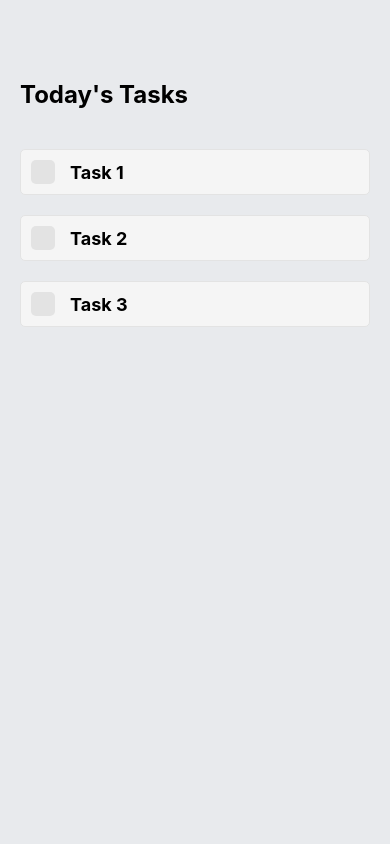
Repository: lomelo-x/ToDo-App
Screen: /
The author's editor kept a copy of each file at every save. The screen is drawn from the files as they stood at one save, then again after a run of saves.
The app was drawn by React Native's web renderer in a window 390 px wide. The project was rebuilt for these pictures with package versions that can differ from the ones it lists, and the page was loaded fresh each time.

Above is the screen before, as saved 2022-06-17 19:48:27.

After the next 5 saves:
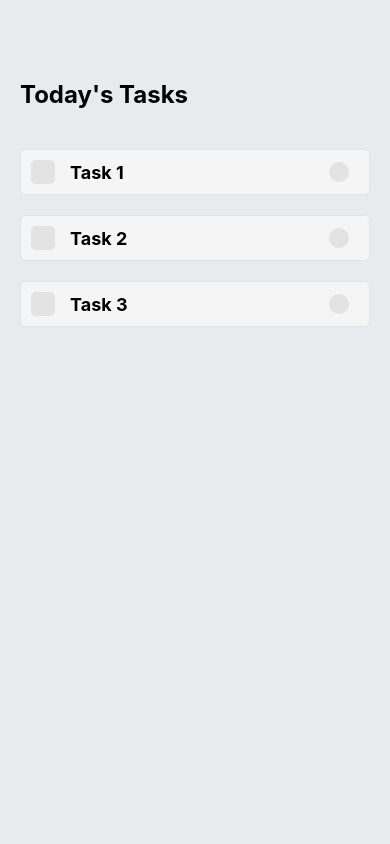
The 5 saves are shown as one change because they came seconds apart.
The last was saved 20 s later.
--- a/components/Task.js
+++ b/components/Task.js
@@ -39,6 +39,10 @@ const styles = StyleSheet.create({
 	taskRight: {
 		width: 20,
 		height: 20,
+		borderRadius: 10,
+		backgroundColor: '#e3e3e3',
+		marginRight: 10,
+
 
 	},
 	square: {
